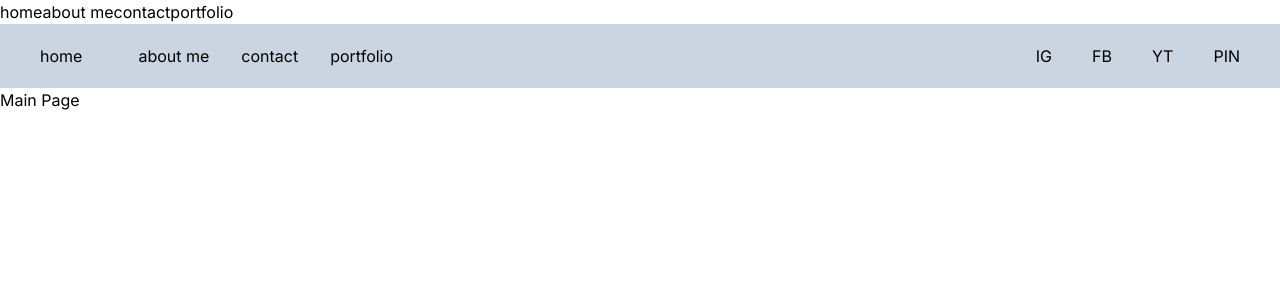
Repository: hubertrh/klaudia-personal-next
Page: /
The author's editor kept a copy of each file at every save. The page is drawn from the files as they stood at one save, then again after the next save.
The browser window is 1280 px wide. The pictures show the whole page.
The project was rebuilt for these pictures with package versions that can differ from the ones it lists, and the page was loaded fresh each time. The framework's server and built-in components were replaced by stand-ins that run in the browser. Also part of the build but not shown: next.config.js.

Above is the page before, as saved 2023-08-11 11:18:43.

### app/layout.tsx
import './globals.css';
import type { Metadata } from 'next';
import { Inter } from 'next/font/google';
import Link from 'next/link';

const inter = Inter({ subsets: ['latin'] });

export const metadata: Metadata = {
  title: 'Klaudia Rogala-Haracz',
  description: 'Portrait and reportage photography. Based in London.',
};

export default function RootLayout({
  children,
}: {
  children: React.ReactNode;
}) {
  return (
    <html lang="en">
      <body className={inter.className}>
        <header>
          <nav>
            <Link href="#!">home</Link>
            <Link href="#!">about me</Link>
            <Link href="#!">contact</Link>
            <Link href="#!">portfolio</Link>
          </nav>
          <div></div>
        </header>
        {children}
      </body>
    </html>
  );
}

### app/(site)/layout.tsx
import '../globals.css';
import type { Metadata } from 'next';
import { Inter } from 'next/font/google';
import Link from 'next/link';

const inter = Inter({ subsets: ['latin'] });

export const metadata: Metadata = {
  title: 'Klaudia Rogala-Haracz',
  description: 'Portrait and reportage photography. Based in London.',
};

export default function RootLayout({
  children,
}: {
  children: React.ReactNode;
}) {
  return (
    <html lang="en">
      <body className={inter.className}>
        <header className="flex justify-between bg-slate-300 px-10 py-5">
          <nav>
            <Link className="nav-link !pr-14" href="#!">
              home
            </Link>
            <Link className="nav-link" href="#!">
              about me
            </Link>
            <Link className="nav-link" href="#!">
              contact
            </Link>
            <Link className="nav-link" href="/portfolio">
              portfolio
            </Link>
          </nav>
          <div>
            <Link
              className="social-icon"
              href="https://www.instagram.com/_klaudiarogala/"
            >
              IG
            </Link>
            <Link
              className="social-icon"
              href="https://www.facebook.com/klaudiarogalaphotographer/"
            >
              FB
            </Link>
            <Link
              className="social-icon"
              href="https://www.youtube.com/channel/UCyVfMWp16X_wYCG9213YOQw/"
            >
              YT
            </Link>
            <Link
              className="social-icon"
              href="https://www.pinterest.com/zuzannnnaa/"
            >
              PIN
            </Link>
            {/* <a class="lang-btn" href="/pl/index.html"><img src="/icons/flag-pl.svg" /></a> */}
          </div>
        </header>
        {children}
      </body>
    </html>
  );
}

### app/(site)/page.tsx
export default function Home() {
  return <div>Main Page</div>;
}

### app/globals.css
@tailwind base;
@tailwind components;
@tailwind utilities;

:root {
  --foreground-rgb: 0, 0, 0;
  --background-rgb: 255, 255, 255;
}

body {
  color: rgb(var(--foreground-rgb));
  background: rgb(var(--background-end-rgb));
}

.nav-link {
  @apply pr-8;
}

.social-icon {
  @apply pl-10;
}

Loaded but not shown: tailwind.config.js (common file)

After the next save:
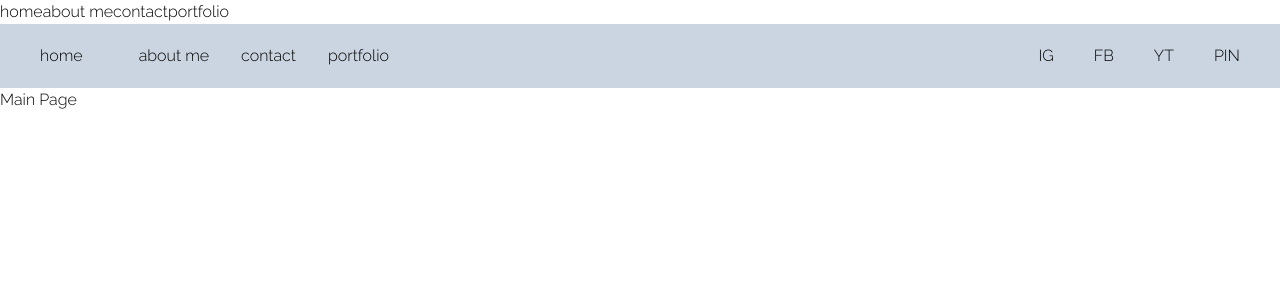
Saved 2 h 20 min later.
--- a/app/(site)/layout.tsx
+++ b/app/(site)/layout.tsx
@@ -1,9 +1,9 @@
 import '../globals.css';
 import type { Metadata } from 'next';
-import { Inter } from 'next/font/google';
+import { Raleway } from 'next/font/google';
 import Link from 'next/link';
 
-const inter = Inter({ subsets: ['latin'] });
+const inter = Raleway({ weight: '300', subsets: ['latin'] });
 
 export const metadata: Metadata = {
   title: 'Klaudia Rogala-Haracz',
